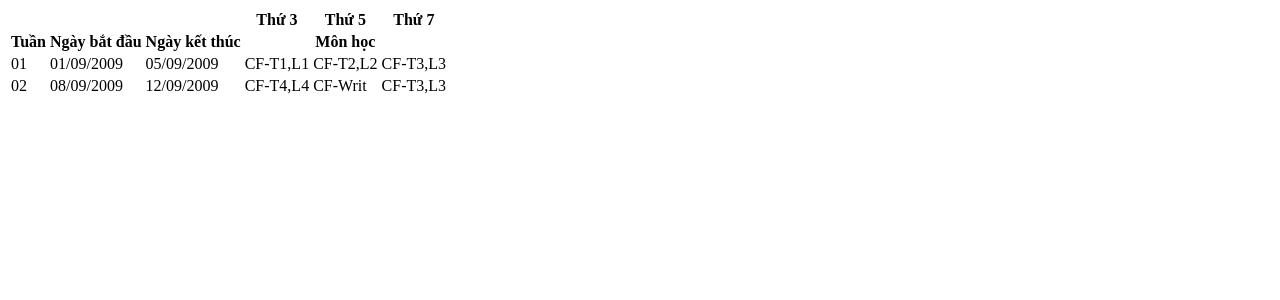
Repository: Lehuyhuynh/BT1-HTML
Page: index.html
The author's editor kept a copy of each file at every save. The page is drawn from the files as they stood at one save, then again after a run of saves.
The browser window is 1280 px wide. The pictures show the whole page.

Above is the page before, as saved 2023-08-06 21:08:03.

### index.html
<!DOCTYPE html>
<html lang="en">
<head>
  <meta charset="UTF-8">
  <meta name="viewport" content="width=device-width, initial-scale=1.0">
  <title>THỜI KHÓA BIỂU</title>
</head>
<body>

  <div>
    <table>
      <tr>
        <th colspan="3"></th>
        <th>Thứ 3</th>
        <th>Thứ 5</th>
        <th>Thứ 7</th>
      </tr>

      <tr>
        <th>Tuần</th>
        <th>Ngày bắt đầu</th>
        <th>Ngày kết thúc</th>
        <th colspan="3">Môn học</th>
      </tr>

      <tr>
        <td>01</td>
        <td>01/09/2009</td>
        <td>05/09/2009</td>
        <td>CF-T1,L1</td>
        <td>CF-T2,L2</td>
        <td>CF-T3,L3</td>
      </tr>

      <tr>
        <td>02</td>
        <td>08/09/2009</td>
        <td>12/09/2009</td>
        <td>CF-T4,L4</td>
        <td>CF-Writ</td>
        <td>CF-T3,L3</td>
      </tr>

    </table>
  </div>

</body>
</html>

After the next 2 saves:
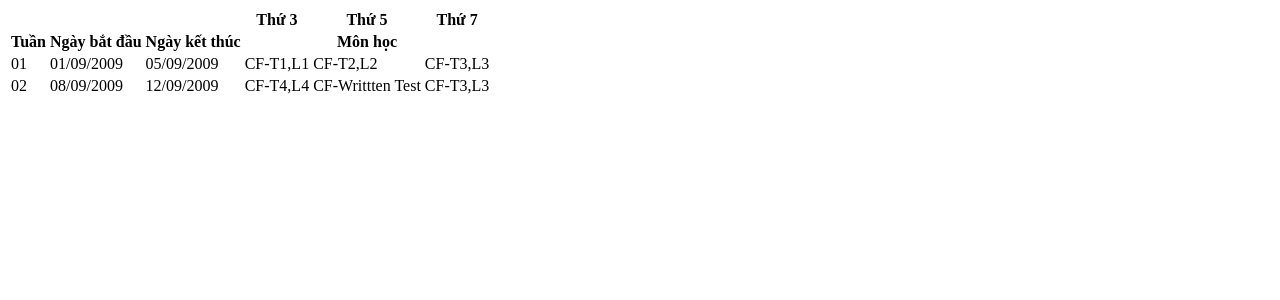
The 2 saves are shown as one change because they came seconds apart.
The last was saved 14 s later.
--- a/index.html
+++ b/index.html
@@ -37,7 +37,7 @@
         <td>08/09/2009</td>
         <td>12/09/2009</td>
         <td>CF-T4,L4</td>
-        <td>CF-Writ</td>
+        <td>CF-Writtten Test</td>
         <td>CF-T3,L3</td>
       </tr>
 
